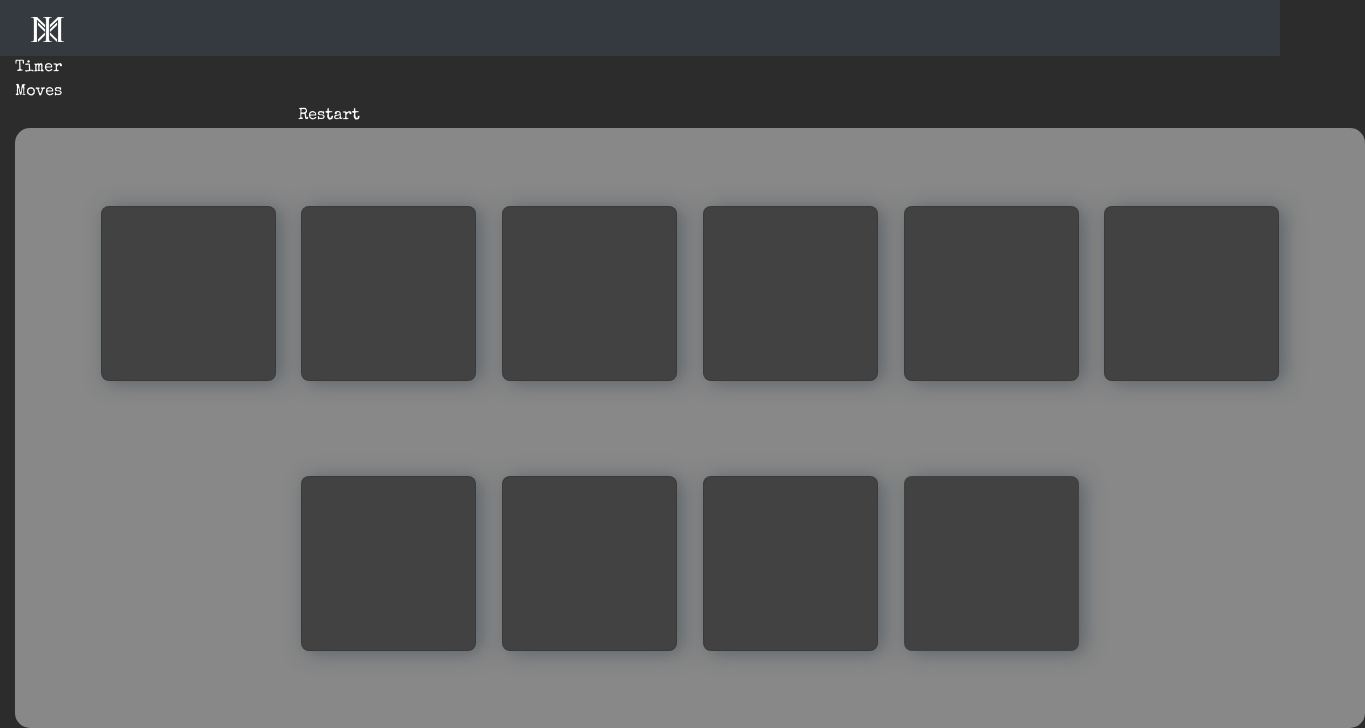
Repository: Code-Institute-Submissions/Milestone-25
Page: game.html
The author's editor kept a record of every edit. The page is drawn from the files as they stood at one moment, then again after the next edit.
The browser window is 1280 px wide. The page is 1365 px wide, so the pictures cover 1365 px, including what lies to the right of the window. The pictures show the whole page.
Some web libraries are served in a nearby version.

Above is the page before.

After the next edit:
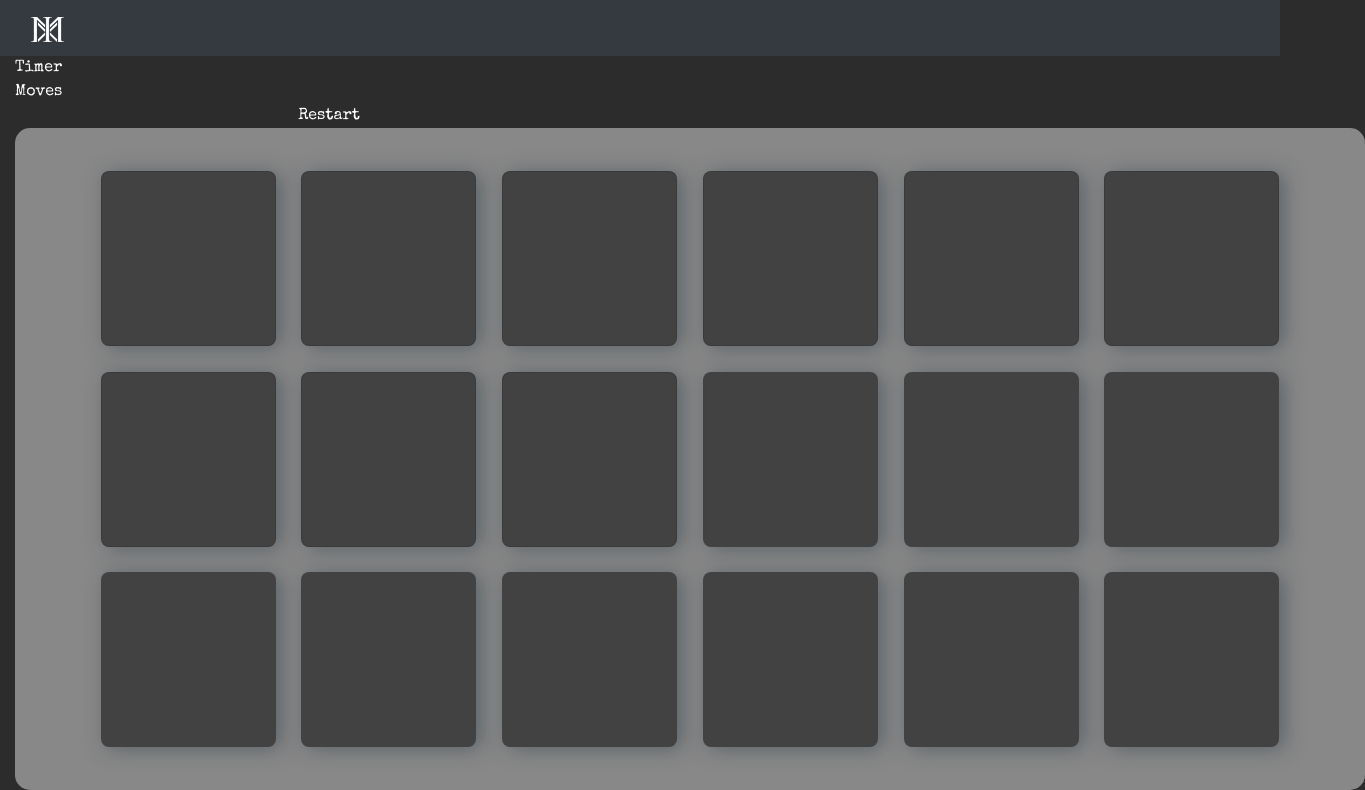
The edit:
--- a/game.html
+++ b/game.html
@@ -14,7 +14,7 @@
 </head>
 
 <body>
-<!--Navbar with option to return to homescreen-->
+  <!--Navbar with option to return to homescreen-->
   <nav class="navbar navbar-expand-md navbar-dark bg-dark sticky-top">
     <div class="container-fluid">
       <a class="navbar-brand"><img src="./assets/images/logo.png" height="25" alt="Memoryphile Logo"></a>
@@ -32,37 +32,61 @@
   </section>
 
   <ul class="gamedeck">
-<!--Original Cards-->
+    <!--Original Cards-->
+    <li class="card" type="bomb">
+      <i class="fas fa-bomb"></i>
+    </li>
     <li class="card" type="">
       <i calss="fa fa-"></i>
     </li>
-        <li class="card" type="">
+    <li class="card" type="">
       <i calss="fa fa-"></i>
     </li>
-        <li class="card" type="">
+    <li class="card" type="">
       <i calss="fa fa-"></i>
     </li>
-        <li class="card" type="">
+    <li class="card" type="">
       <i calss="fa fa-"></i>
     </li>
-        <li class="card" type="">
+    <li class="card" type="">
       <i calss="fa fa-"></i>
     </li>
-        <li class="card" type="">
+    <li class="card" type="">
       <i calss="fa fa-"></i>
     </li>
-        <li class="card" type="">
+    <li class="card" type="">
       <i calss="fa fa-"></i>
     </li>
-        <li class="card" type="">
-      <i calss="fa fa-"></i>
-    </li>
-        <li class="card" type="">
+    <li class="card" type="">
       <i calss="fa fa-"></i>
     </li>
 
-<!--Matching Cards-->
+    <!--Matching Cards-->
 
+    <li class="matchedcard" type="">
+      <i calss="fa fa-"></i>
+    </li>
+    <li class="matchedcard" type="">
+      <i calss="fa fa-"></i>
+    </li>
+    <li class="matchedcard" type="">
+      <i calss="fa fa-"></i>
+    </li>
+    <li class="matchedcard" type="">
+      <i calss="fa fa-"></i>
+    </li>
+    <li class="matchedcard" type="">
+      <i calss="fa fa-"></i>
+    </li>
+    <li class="matchedcard" type="">
+      <i calss="fa fa-"></i>
+    </li>
+    <li class="matchedcard" type="">
+      <i calss="fa fa-"></i>
+    </li>
+    <li class="matchedcard" type="">
+      <i calss="fa fa-"></i>
+    </li>
     <li class="matchedcard" type="">
       <i calss="fa fa-"></i>
     </li>
